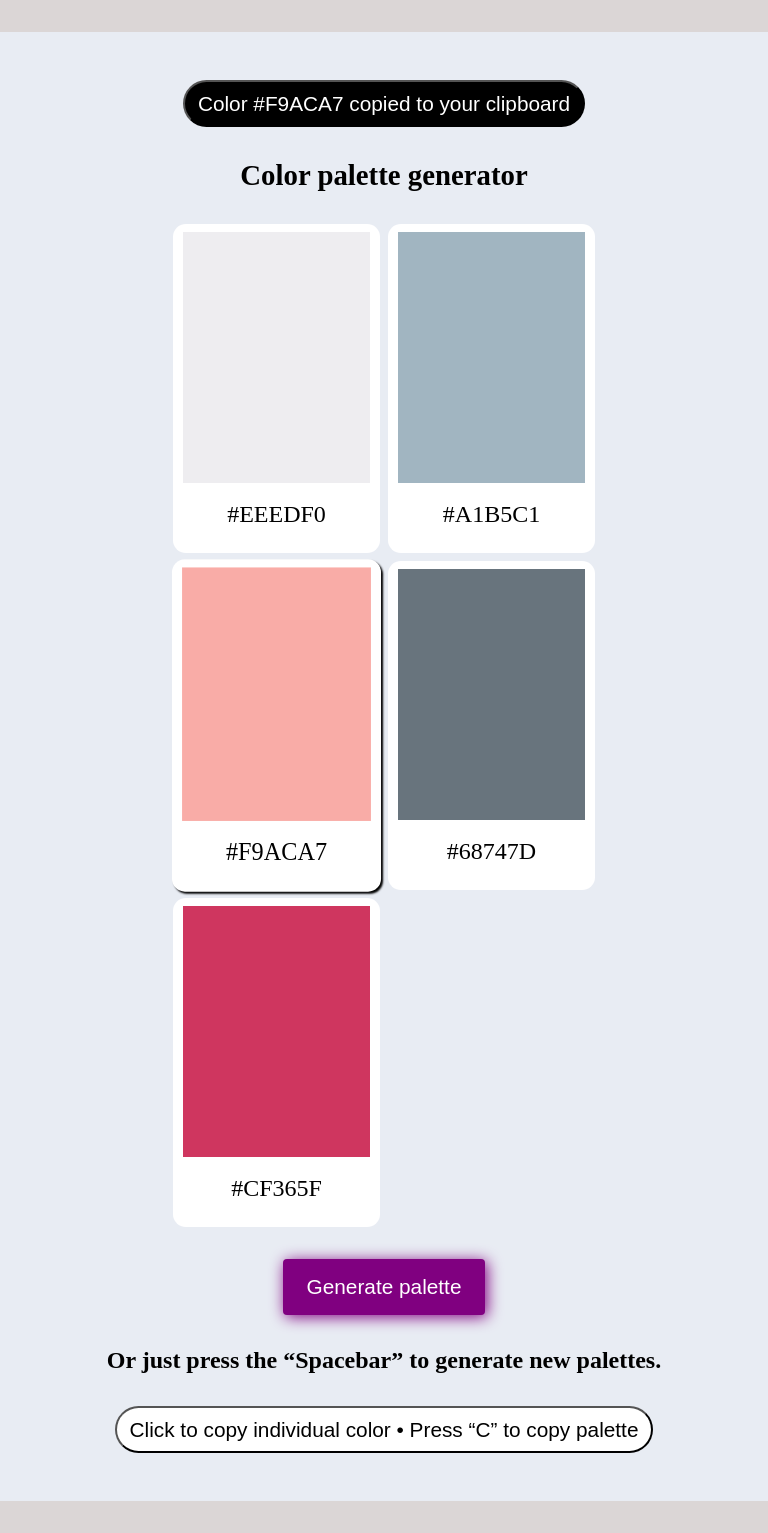
Repository: Hcmwebs/Color-Palette-Generator
Page: index.html
An editor plug-in stored every save of this project. The page is shown before and after the next save, followed by the edit.
The browser window is 768 px wide. The pictures show the whole page.

Above is the page before, as saved 2020-07-07 13:02:52.

### index.html
<!DOCTYPE html>
<html lang="en">
<head>
    <meta charset="UTF-8">
    <meta name="viewport" content="width=device-width, initial-scale=1.0">
    <link rel="stylesheet" href="styles.css">
    <title>Color Pallete Generator</title>
</head>
<body>
    <div class="container">

        <button class="btn">Color #F9ACA7 copied to your clipboard</button>
        <h2>Color palette generator</h2>
        <div class="card">
            <div class="card__item">
                <div class="card__color card__color--lightPurpleish"></div>
                <div class="card__tag">#EEEDF0</div>
            </div>

            <div class="card__item">
                <div class="card__color card__color--lightBlueGreenish"></div>
                <div class="card__tag">#A1B5C1</div>
            </div>

            <div class="card__item card__item--active">
                <div class="card__color card__color--lightReddish"></div>
                <div class="card__tag">#F9ACA7</div>
            </div>

            <div class="card__item">
                <div class="card__color card__color--lightBluish"></div>
                <div class="card__tag">#68747D</div>
            </div>

            <div class="card__item">
                <div class="card__color card__color--reddish"></div>
                <div class="card__tag">#CF365F</div>
            </div>

        </div>
        <button class="btn btn--generate">Generate palette</button>
        <h3>Or just press the “Spacebar” to generate new palettes.</h3>
        <button class="btn btn--white">Click to copy individual color • Press “C” to copy palette</button>
    </div>
</body>
</html>

### styles.css
*{
    box-sizing: border-box;
    margin: 0;
    padding: 0;
}

body{
    font-weight: 300;
    font-size: 10px;
    display: flex;
    flex-direction: column;
    justify-content: center;
    align-items: center;
    height: 100vh;
    background-color:rgba(124, 107, 107, 0.274);
}
h2,
h3{
    font-weight: light;
    margin: 2rem ;
}
h2{
    font-size: 1.8rem;
}

h3{
    font-size: 1.5rem;
}
.container{
    width: 1400px;
    max-width: 100%;
    overflow: hidden;
    margin: auto;
    padding: 3rem 0;
    display: flex;
    flex-direction: column;
    justify-content: space-between;
    align-items: center;
    background-color:#E8ECF3;
}

.btn{
    cursor: pointer;
    font-size: 1.3rem;
    margin: auto;
    padding: 0.6rem 0.8rem;
    border-radius: 2.5rem;
    background-color:#000;
    color:#fff;
    transition: all 1s ease-in-out;
}
.btn:hover{
    transform: scale(1.01);
}
.card{
    display: grid;
    grid-template-columns: repeat(5, 1fr);
    gap: 0.5rem;
    justify-content: center;

}
.card__item{
    width: 207px;
    height: 329px;
    padding: 0.5rem 0.1rem;
    border-radius:0.8rem;
    display: flex;
    flex-direction: column;
    justify-content: space-between;
    align-items: center;
    background-color:#fff;
}
.card__item--active{
    box-shadow: 2px 2px 2px ;
    transform: scale(1.01);
}

.card__color{
    content:"";
    width: 187px ;
    height: 251px;
    padding-bottom: 1rem ;

}
.card__color--lightPurpleish{
    background-color: #EEEDF0;

}

.card__color--lightBlueGreenish{
    background-color: #A1B5C1;

}

.card__color--lightReddish{
    background-color: #F9ACA7;

}

.card__color--lightBluish{
    background-color: #68747D;

}


.card__color--reddish{
    background-color: #CF365F;

}
.card__tag{
    font-size:1.5rem;
    font-weight: 400;
    margin: auto;
}

.btn--generate{
    background-color:purple;
    color:#fff;
    border-radius:4px;
    border: none;
    margin-top: 2rem;
    padding: 1rem 1.5rem;
    cursor: pointer;
    box-shadow: 2px 2px 15px purple;
}
.btn--white{
    background-color: #fff;
    color:#000;
}
@media(max-width: 900px){
    body{
        height: auto;
        padding: 2rem 0rem;
    }
    .container{
        min-width: 620px;
        width: 100%;
    }
    .card{
        grid-template-columns: repeat(2, 1fr);
    }

}
@media(max-width:600px){

    .container{
        min-width: 300px;
        width: 100%;
    }
    .card{
        grid-template-columns: 1fr;
    }
    .btn{
        width: 80%;
    }

}

After the next save:
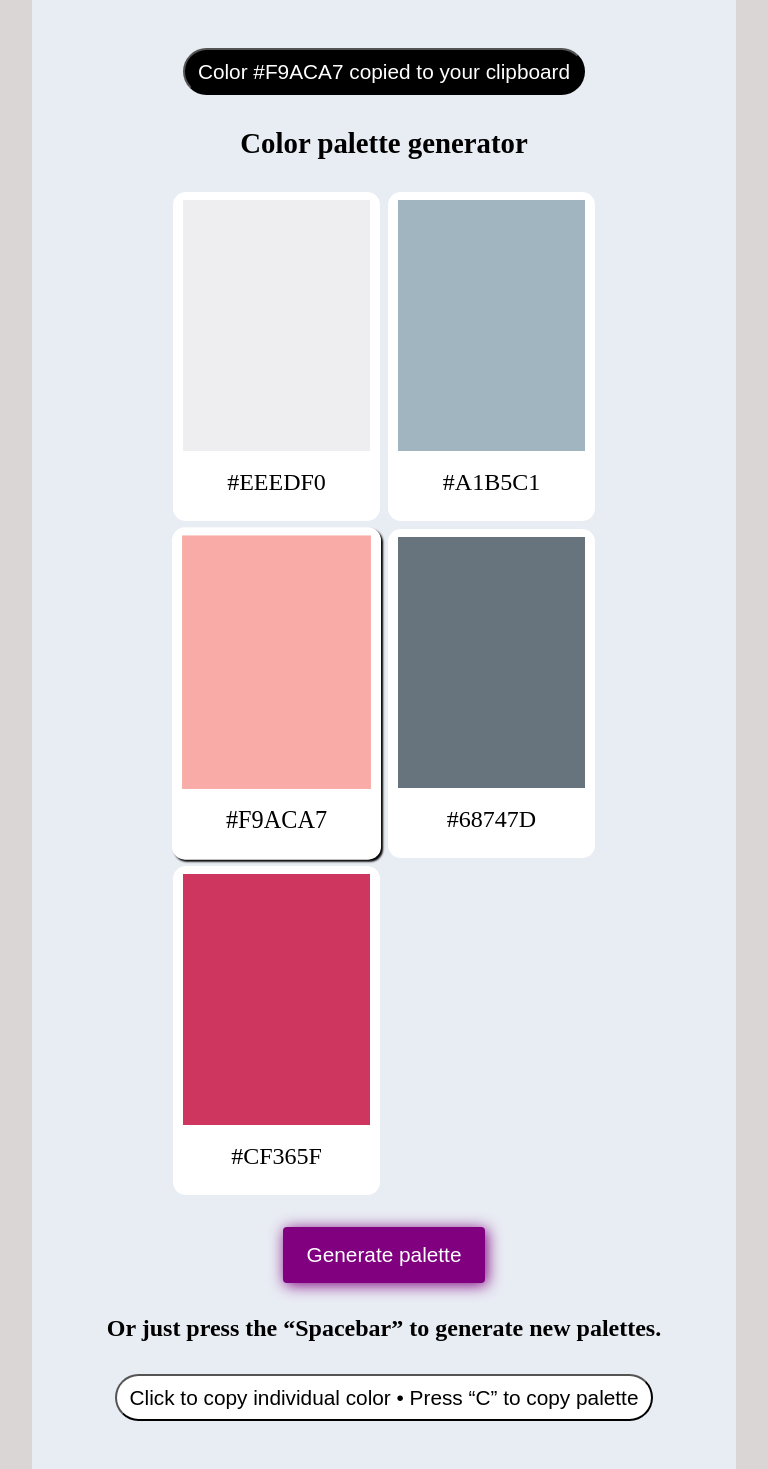
Saved 22 s later.
--- a/styles.css
+++ b/styles.css
@@ -130,7 +130,7 @@ h3{
 @media(max-width: 900px){
     body{
         height: auto;
-        padding: 2rem 0rem;
+        padding: 0rem 2rem;
     }
     .container{
         min-width: 620px;
